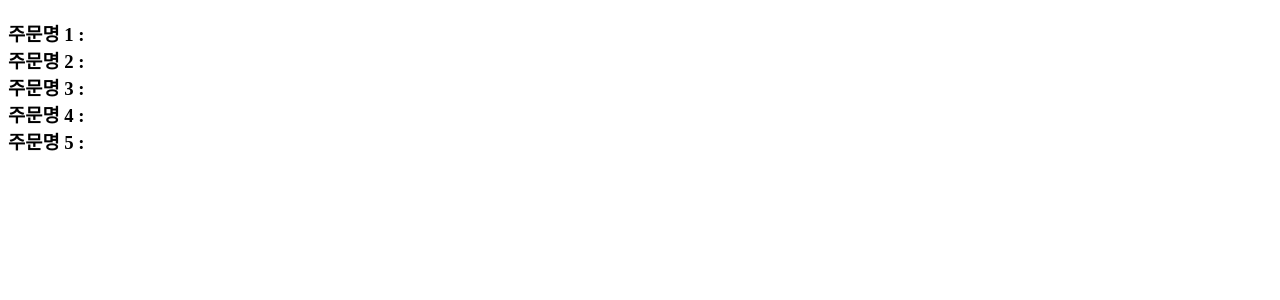
Repository: havanara/240411_JSTL_Project
Page: http://localhost/jstl_study/step-7.jsp
The author's editor kept a copy of each file at every save. The page is drawn from the files as they stood at one save, then again after a run of saves.
The browser window is 1280 px wide. The pictures show the whole page.
The page is served by Tomcat 9.

Above is the page before, as saved 2024-04-11 04:15:33.

After the next 2 saves:
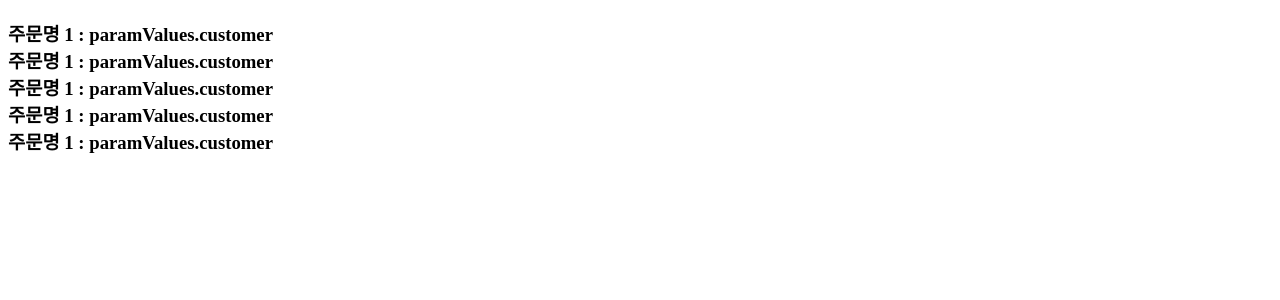
The 2 saves are shown as one change because 1 did not build or start.
The last was saved 117 s later.
--- a/jstl_study/src/main/webapp/step-7.jsp
+++ b/jstl_study/src/main/webapp/step-7.jsp
@@ -9,11 +9,13 @@
 </head>
 <body>
 	<h3>
-		주문명 1 : ${paramValues.customer[0] } <br>
-		주문명 2 : ${paramValues.customer[1] } <br>
-		주문명 3 : ${paramValues.customer[2] } <br>
-		주문명 4 : ${paramValues.customer[3] } <br>
-		주문명 5 : ${paramValues.customer[4] } <br>
+	<c:forEach items="paramValues.customer" var="food" varStatus="i">
+		주문명 ${i.count } : ${food } <br>
+		주문명 ${i.count } : ${food } <br>
+		주문명 ${i.count } : ${food } <br>
+		주문명 ${i.count } : ${food } <br>
+		주문명 ${i.count } : ${food } <br>
+	</c:forEach>
 	</h3>
 </body>
 </html>
